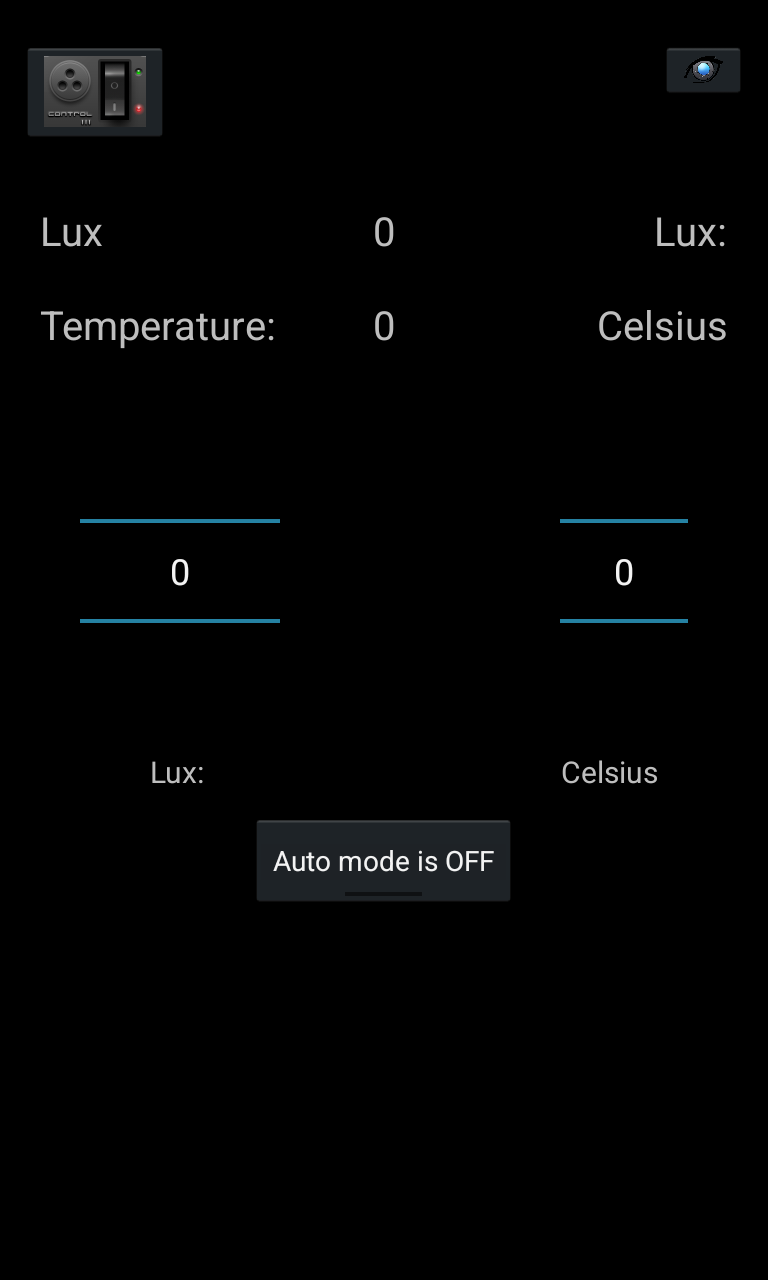
Repository: deanzaka/Shroom_IOIO_OpenCV
Layout: samples/IOIOSimpleApp/res/layout/main.xml
The author's editor kept a copy of each file at every save. The layout is drawn from the files as they stood at one save, then again after the next save.
It is drawn on a 768 x 1280 px phone screen (xhdpi) without system bars, with theme android:Theme.Holo; the app's code is not run.

Above is the layout before, as saved 2014-06-04 10:10:14.

### samples/IOIOSimpleApp/res/layout/main.xml
<?xml version="1.0" encoding="utf-8"?>
<LinearLayout xmlns:android="http://schemas.android.com/apk/res/android"
    android:orientation="vertical"
    android:layout_width="fill_parent"
    android:layout_height="fill_parent"
    android:background="#00000000">

    <RelativeLayout
        android:layout_width="match_parent"
        android:layout_height="wrap_content"
        android:orientation="horizontal"
        android:paddingTop="10dp">

        <ImageButton
            android:src="@drawable/camera"
            android:id="@+id/CameraButton"
            android:layout_width="wrap_content"
            android:layout_height="wrap_content"
            android:layout_margin="10dp"
            android:layout_alignParentRight="true"
            android:maxWidth="75dp"
  			android:maxHeight="30dp"
  			android:scaleType="fitCenter"
            android:adjustViewBounds="true"
            android:onClick="ColorBlobSetup"
            />

        <ImageButton
		    android:id="@+id/panel"
		    android:src="@drawable/panel"
		    android:layout_width="wrap_content"
            android:layout_height="wrap_content"
            android:layout_margin="10dp"
            android:layout_alignParentLeft="true"
            android:maxWidth="75dp"
  			android:maxHeight="75dp"
  			android:scaleType="fitCenter"
            android:adjustViewBounds="true"
		    android:onClick="menuAct"
		    />

    </RelativeLayout>

	<RelativeLayout
		android:layout_width="match_parent"
		android:layout_height="wrap_content"
		android:orientation="horizontal"
		android:paddingTop="20dp">
		<TextView
			android:text="@string/inte_label"
			android:layout_width="wrap_content"
			android:layout_height="wrap_content"
			android:layout_alignParentLeft="true"
			android:paddingLeft="20dp"
			android:textSize="20sp"
			/>

		<TextView
		    android:id="@+id/LuxValue"
		    android:layout_width="wrap_content"
		    android:layout_height="wrap_content"
		    android:layout_centerHorizontal="true"
		    android:text="0"
		    android:textSize="20sp" />

		<TextView
			android:text="@string/lux_label"
			android:layout_width="wrap_content"
			android:layout_height="wrap_content"
			android:layout_alignParentRight="true"
			android:paddingRight="20dp"
			android:textSize="20sp"
			/>
	</RelativeLayout>

	<RelativeLayout
		android:layout_width="wrap_content"
		android:layout_height="wrap_content"
		android:orientation="horizontal"
		android:paddingTop="20dp">
		<TextView
			android:text="@string/temp_label"
			android:layout_width="wrap_content"
			android:layout_height="wrap_content"
			android:paddingLeft="20dp"
			android:layout_alignParentLeft="true"
			android:textSize="20sp"
			/>
		<TextView
			android:id="@+id/TempValue"
			android:text="0"
			android:layout_width="wrap_content"
			android:layout_height="wrap_content"
			android:layout_centerHorizontal="true"
			android:textSize="20sp"
			/>
		<TextView
			android:text="@string/cel_label"
			android:layout_width="wrap_content"
			android:layout_height="wrap_content"
			android:paddingRight="20dp"
			android:layout_alignParentRight="true"
			android:textSize="20sp"
			/>
	</RelativeLayout>

	<RelativeLayout
	    android:layout_width="fill_parent"
		android:layout_height="wrap_content"
		android:orientation="horizontal"
		android:gravity="center_horizontal"
		android:paddingTop="20dp">

		<NumberPicker
		    android:id="@+id/userLux"
		    android:layout_width="100dp"
		    android:layout_height="wrap_content"
		    android:layout_alignParentLeft="true"
		    android:layout_marginLeft="40dp"/>

		<NumberPicker
		    android:id="@+id/userTemp"
		    android:layout_width="wrap_content"
		    android:layout_height="wrap_content"
		    android:layout_alignParentRight="true"
		    android:layout_marginRight="40dp"/>

	</RelativeLayout>

	<RelativeLayout
	    android:layout_width="fill_parent"
		android:layout_height="wrap_content"
		android:orientation="horizontal"
		android:gravity="center_horizontal">

		<TextView
		    android:text="@string/lux_label"
		    android:layout_width="wrap_content"
		    android:layout_height="wrap_content"
		    android:layout_alignParentLeft="true"
		    android:layout_marginLeft="75dp"
		    android:textSize="15sp"/>

		<TextView
		    android:text="@string/cel_label"
		    android:layout_width="wrap_content"
		    android:layout_height="wrap_content"
		    android:layout_alignParentRight="true"
		    android:layout_marginRight="55dp"
		    android:textSize="15sp"/>

	</RelativeLayout>

	<ToggleButton
			android:id="@+id/ToggleAuto"
			android:layout_width="wrap_content"
			android:layout_height="wrap_content"
			android:layout_margin="10dp"
			android:textOff="Auto mode is OFF"
			android:textOn="Auto mode is ON"
			android:layout_gravity="center_horizontal"
			/>
</LinearLayout>

### samples/IOIOSimpleApp/res/values/strings.xml
<?xml version="1.0" encoding="utf-8"?>
<resources>

    <string name="app_name">Shroom</string>
    <string name="lux_label">Lux:</string>
    <string name="cel_label">Celsius</string>
    <string name="temp_label">Temperature:</string>
    <string name="inte_label">Lux</string>
    <string name="IR_label">IR</string>
    <string name="title_activity_menu">Shroom</string>
    <string name="seekbar_label">Move to unlock panel</string>
    <string name="action_settings">Settings</string>
    <string name="hello_world">Hello world!</string>
    <string name="setup_label">Choose button to setup color codes</string>
    <string name="setup_title">setup Color Codes</string>

</resources>

After the next save:
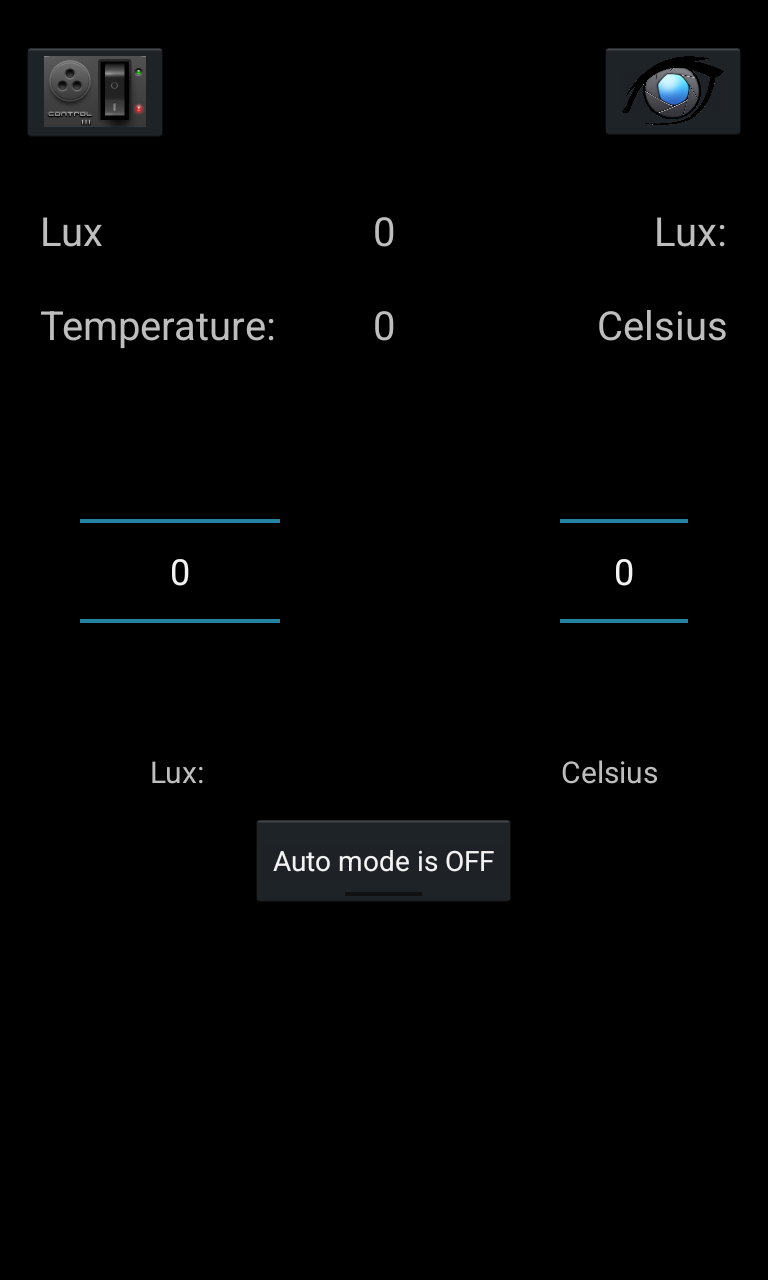
Saved 28 s later.
--- a/samples/IOIOSimpleApp/res/layout/main.xml
+++ b/samples/IOIOSimpleApp/res/layout/main.xml
@@ -19,7 +19,7 @@
             android:layout_margin="10dp"
             android:layout_alignParentRight="true"
             android:maxWidth="75dp"
-  			android:maxHeight="30dp"
+  			android:maxHeight="75dp"
   			android:scaleType="fitCenter"
             android:adjustViewBounds="true"
             android:onClick="ColorBlobSetup"
